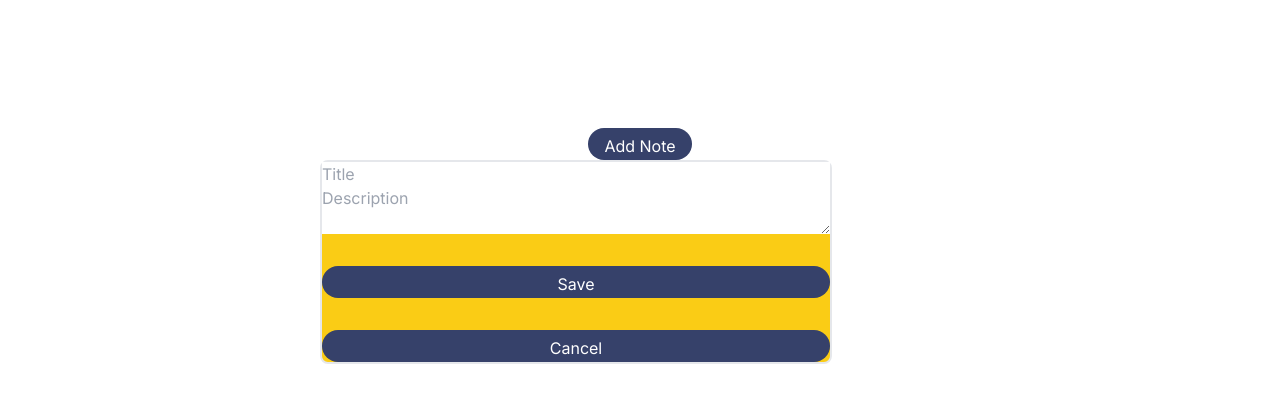
Repository: drumsmanku/next-and-nest-note-taker
Page: / (app in client/), after clicking the first element matching `button.px-4`
These files come from the project's save history. The page is drawn as it stood at one moment and after the next save; the edit follows.
The browser window is 1280 px wide. The pictures show the whole page.
The page's requests for data from a server got no answer. The project was rebuilt for these pictures with package versions that can differ from the ones it lists, and the page was loaded fresh each time. The framework's server and built-in components were replaced by stand-ins that run in the browser. No one was signed in, and anything a server would have sent is missing. Also part of the build but not shown: client/next.config.mjs.

Above is the page before, as saved 2024-03-14 12:43:12.

After the next save:
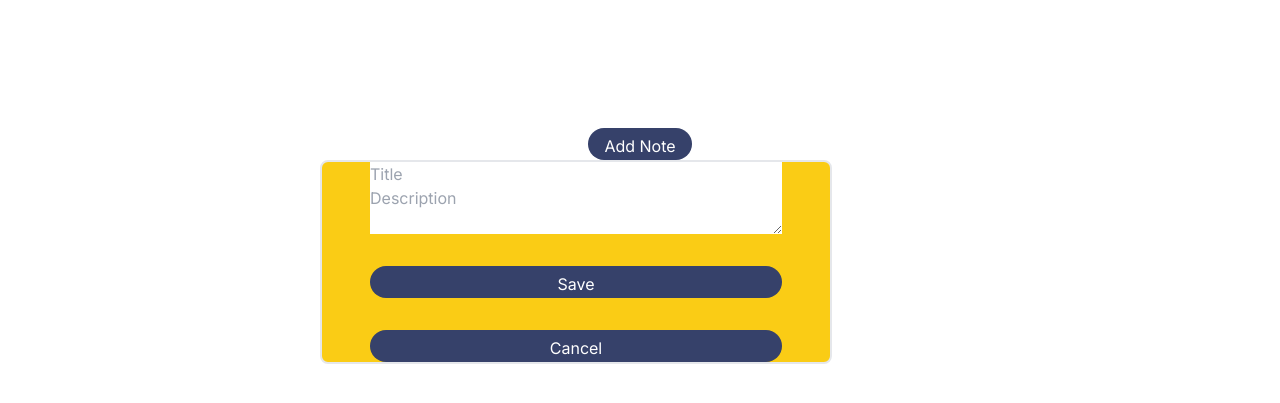
Saved 24 s later.
--- a/client/app/components/NotesComponent.tsx
+++ b/client/app/components/NotesComponent.tsx
@@ -77,7 +77,7 @@ const NotesComponent: React.FC = () => {
       <button className="px-4 py-1.5 text-white h-8 text-md rounded-full border-none bg-[#36416A] mt-8" onClick={() => setShowCreatePopup(true)}>Add Note</button>
       <div className='flex flex-col w-[50%]'>
         {showCreatePopup && (
-          <div className='flex flex-col w-[80%] border-2 rounded-lg  bg-yellow-400'>
+          <div className='flex flex-col w-[80%] border-2 rounded-lg  bg-yellow-400 px-12'>
             <input
               type="text"
               placeholder="Title"
